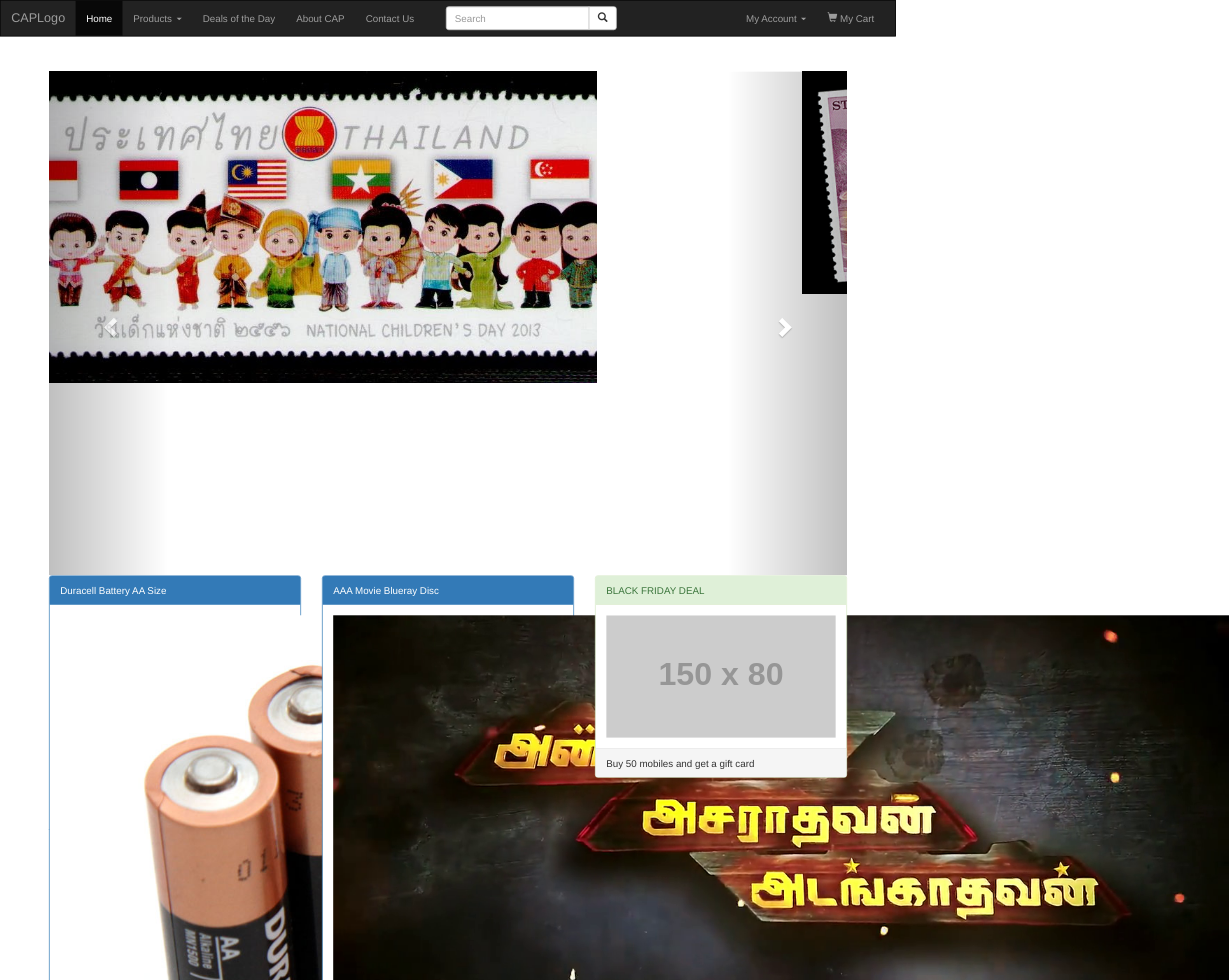
Repository: Guru-Raghavendran/CoinsAndPapers_webapp
Page: http://localhost/FrontEnd/WEB-INF/views/Home.jsp
These files come from the project's save history. The page is drawn as it stood at one moment and after the next save; the edit follows.
The browser window is 1280 px wide. The page is 1756 px wide, so the pictures cover 1756 px, including what lies to the right of the window. The pictures show the part of the page from y = 0 to 1400 px (the page is 2520 px tall before and 2304 px after), at 70% of full size.
The page is served by Tomcat 9. Nobody is signed in. The template is opened directly, without the code that normally fills it, so the values that code supplies are empty.

Above is the page before, as saved 2018-04-16 06:56:01.

After the next save:
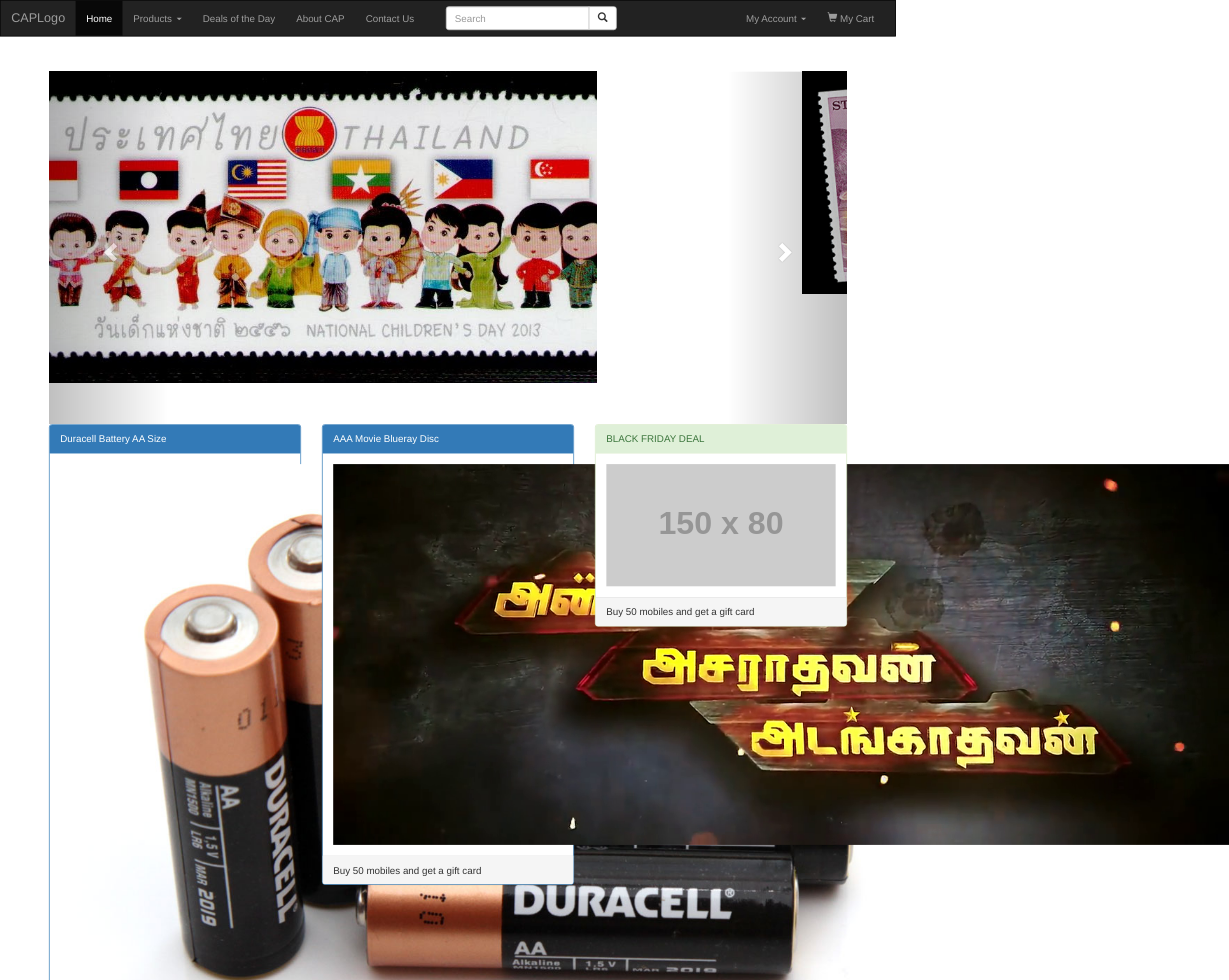
Saved 41 s later.
--- a/FrontEnd/src/main/webapp/WEB-INF/views/Home.jsp
+++ b/FrontEnd/src/main/webapp/WEB-INF/views/Home.jsp
@@ -31,7 +31,8 @@
 } */
 .carousel-inner{
   width:100%;
-  height: 100vh !important;
+  height: 70vh ;
+  overflow:hidden;
 }
 
 /* Add a gray background color and some padding to the footer */
